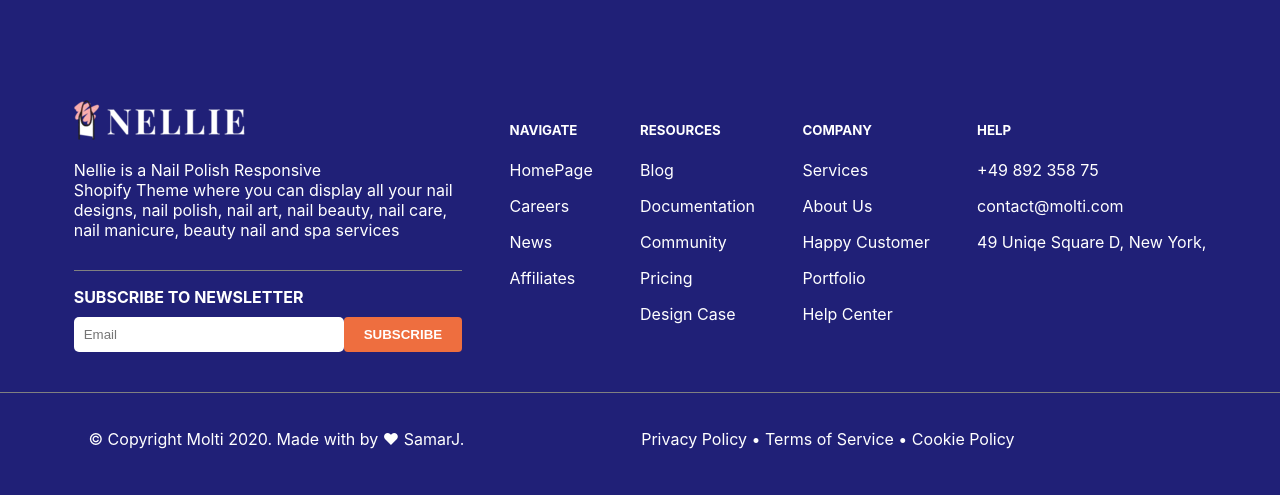
Repository: meherujjahan/nellie-client-site
Page: /
An editor plug-in stored every save of this project. The page is shown before and after the next save, followed by the edit.
The browser window is 1280 px wide. The pictures show the part of the page from y = 565 to 1065 px (the page is 1065 px tall).
The project was rebuilt for these pictures with package versions that can differ from the ones it lists, and the page was loaded fresh each time. Also part of the build but not shown: src/views/components/Header/Header.css.

Above is the page before, as saved 2022-03-09 18:20:07.

After the next save:
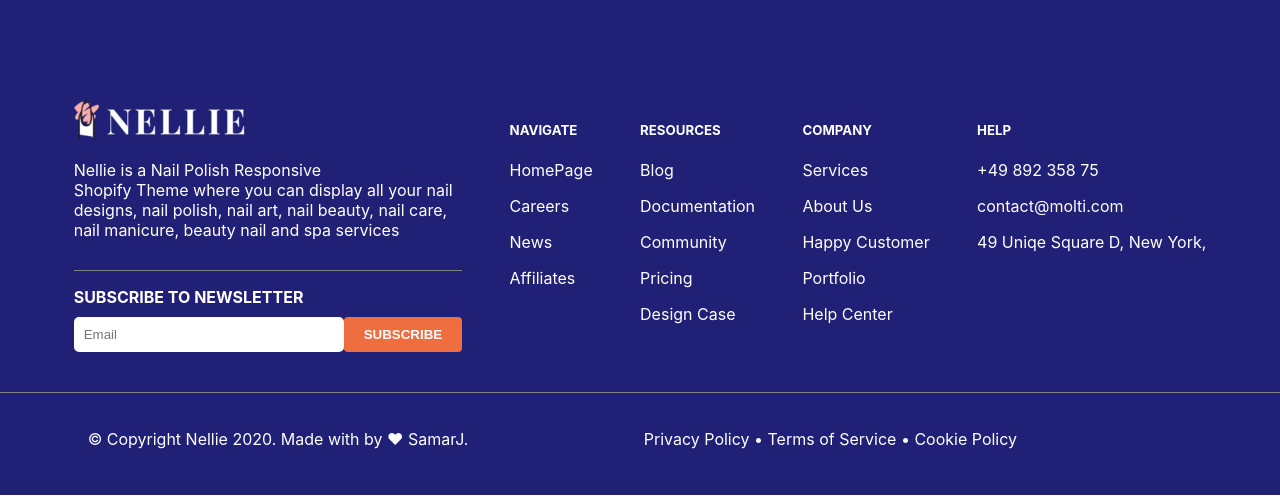
Saved 52 s later.
--- a/src/views/components/Footer/Footer.js
+++ b/src/views/components/Footer/Footer.js
@@ -44,7 +44,7 @@
       </div>
       <div>
         <div className='footer-section-2'>
-       <p> &copy; Copyright Molti 2020. Made with by ❤ SamarJ.</p>
+       <p> &copy; Copyright Nellie 2020. Made with by ❤ SamarJ.</p>
        <p>Privacy Policy • Terms of Service • Cookie Policy</p>
        <div><i class="fa-brands fa-facebook"></i>   <i class="fa-brands fa-twitter"></i>  <i class="fa-brands fa-instagram"></i>  <i class="fa-brands fa-dribbble"></i></div>
         </div>
